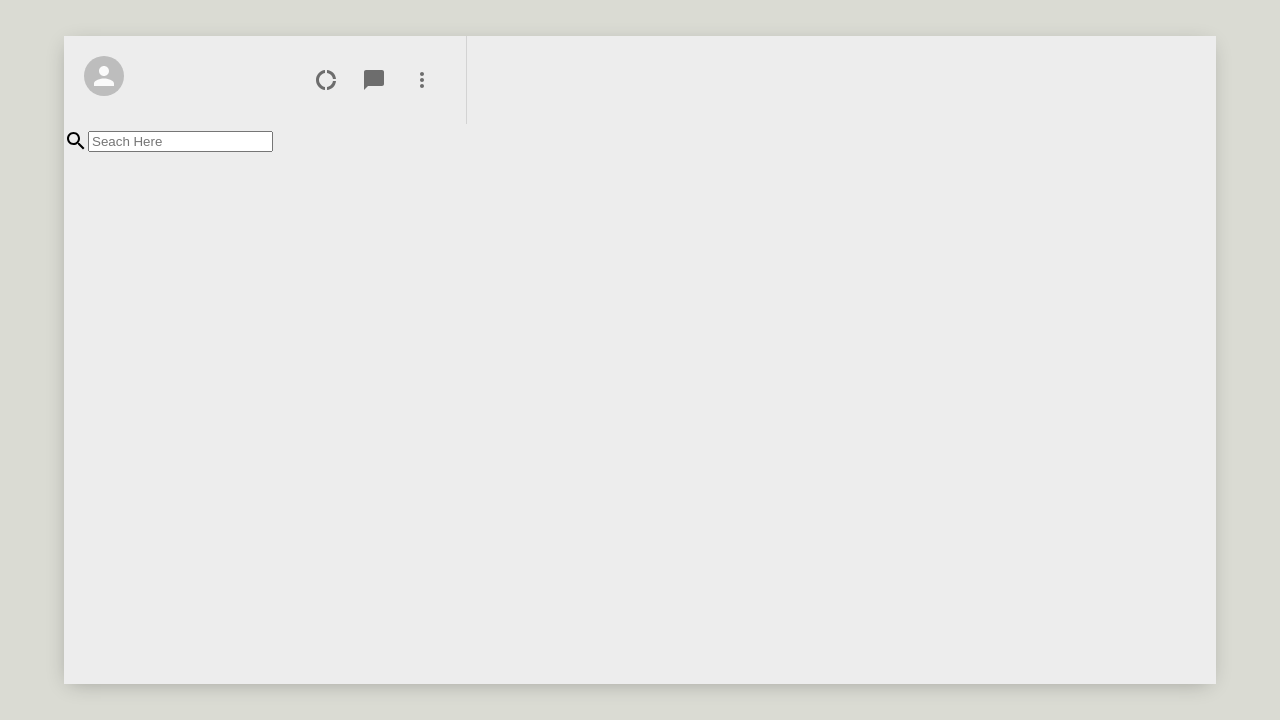
Repository: Prafullkuma/whatsappclon
Page: /
An editor plug-in stored every save of this project. The page is shown before and after the next save, followed by the edit.
The browser window is 1280 px wide. The pictures show the whole page.
The project was rebuilt for these pictures with package versions that can differ from the ones it lists, and the page was loaded fresh each time.

Above is the page before, as saved 2020-08-19 12:03:44.

After the next save:
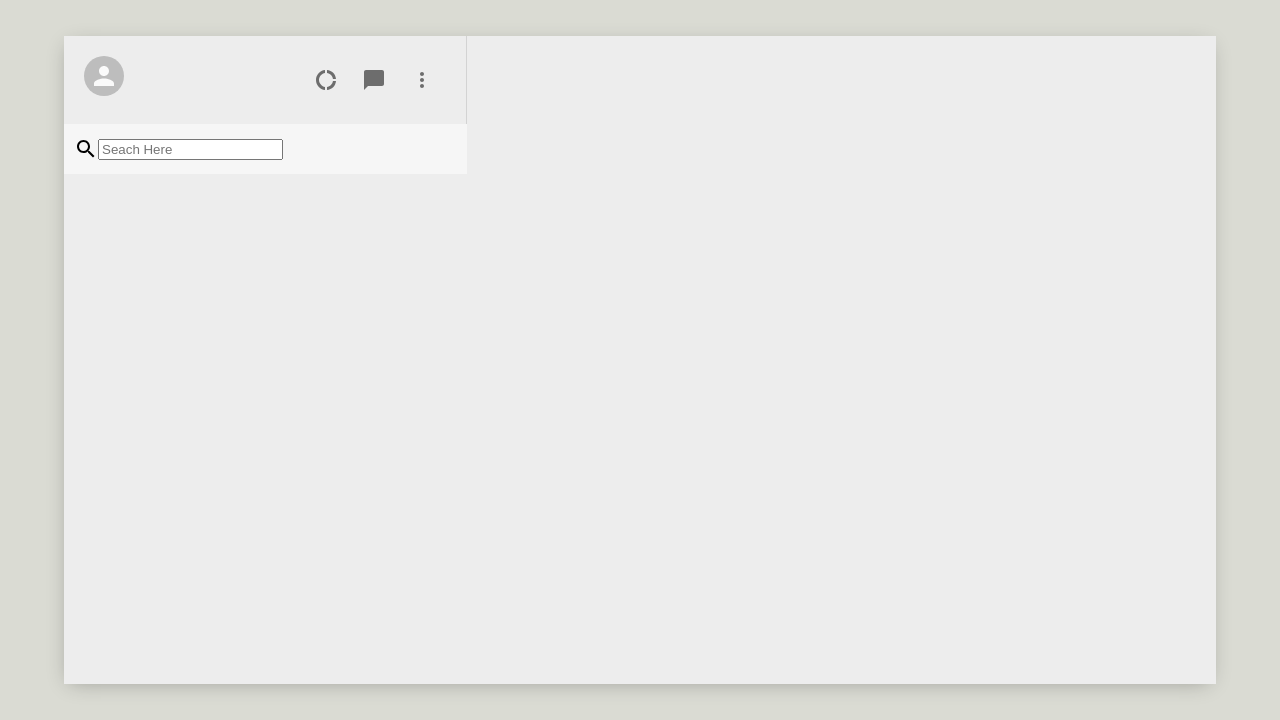
Saved 92 s later.
--- a/src/Component/Sidebar.css
+++ b/src/Component/Sidebar.css
@@ -22,5 +22,8 @@
 .search_container{
     display: flex;
     align-items: center;
-    margin-top: 5px;
+
+    background-color: #f6f6f6;
+    height: 30px;
+padding: 10px;
 }
